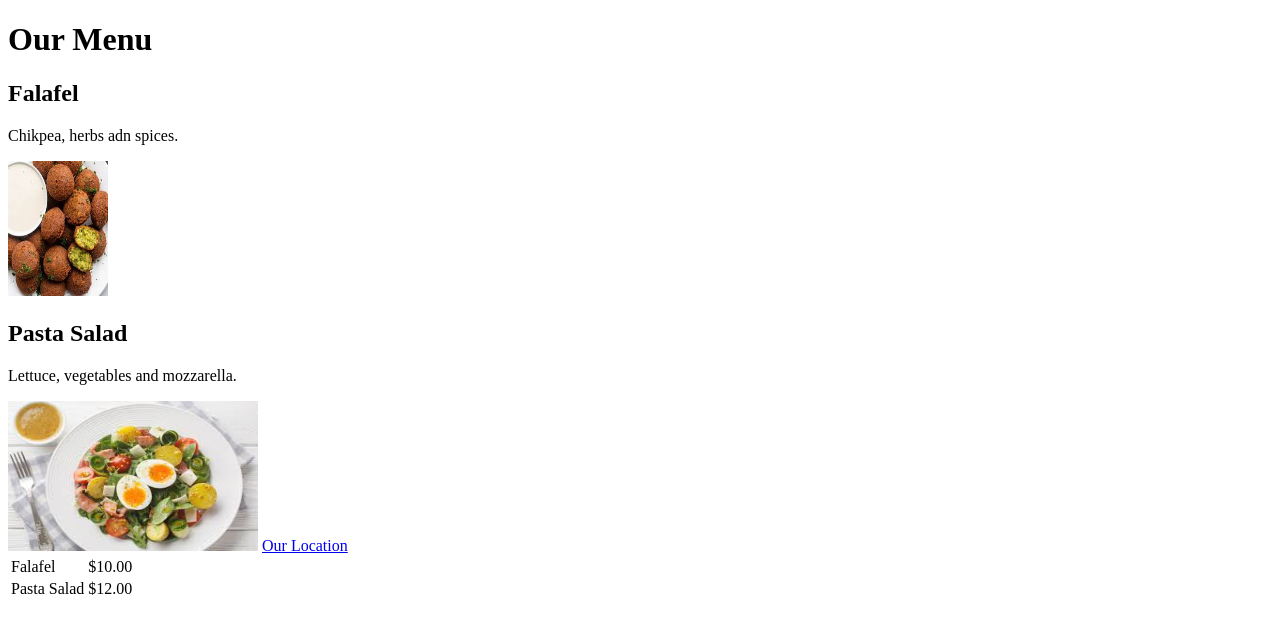
Repository: GiraldoNainggolan/Meta-Coursera
Page: Pengembang Front-End Meta/Modul 2/Mencoba/index.html
An editor plug-in stored every save of this project. The page is shown before and after a run of saves, followed by the edit.
The browser window is 1280 px wide. The pictures show the whole page.

Above is the page before, as saved 2025-01-26 00:11:32.

### Pengembang Front-End Meta/Modul 2/Mencoba/index.html
<!DOCTYPE html>
<html>

<head>
    <title> Title Lemon</title>
</head>

<body>
    <h1>Our Menu</h1>
    <h2>Falafel</h2>
    <p>Chikpea, herbs adn spices.</p>
    <img src="falavel.jpg" alt="gambar" width="100px" height="135">
    <h2>Pasta Salad</h2>
    <p>Lettuce, vegetables and mozzarella.</p>
    <img src="salad.jpg" alt="Salad" width="250" height="150">
    <a href="location.html">Our Location</a>
    <table>
        <tr>
            <td>Falafel</td>
            <td>$10.00</td>
        </tr>
        <tr>
            <td>Pasta Salad</td>
            <td>$12.00</td>
        </tr>
    </table>
</body>

</html>

After the next 2 saves:
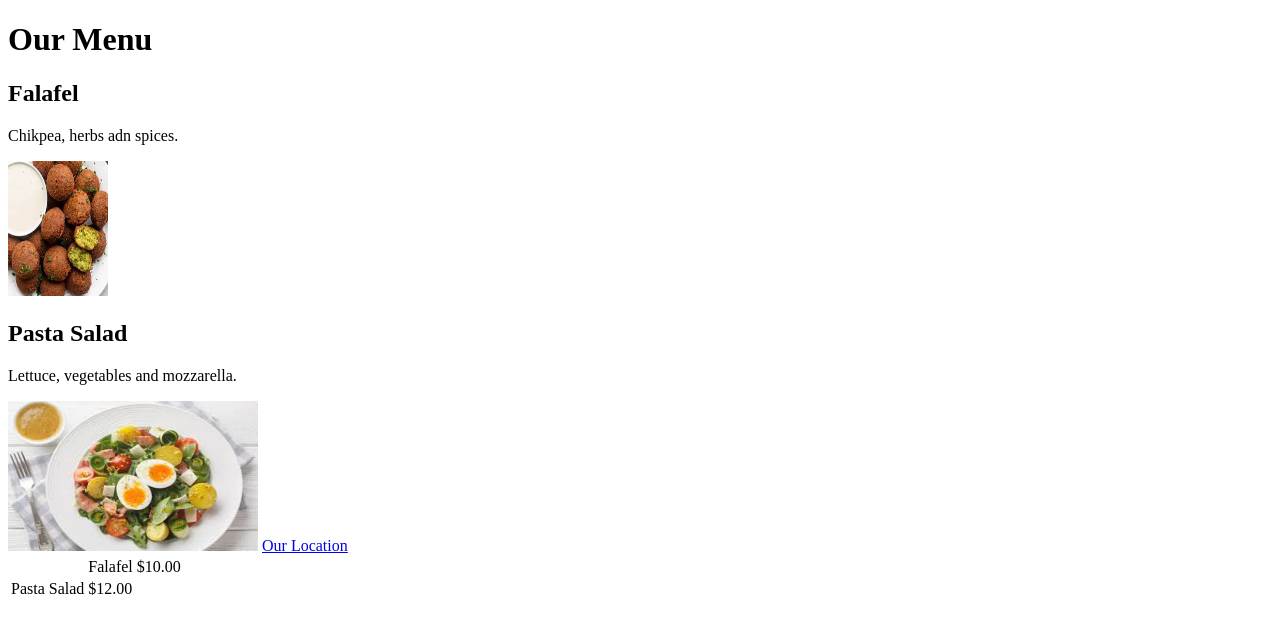
The 2 saves are shown as one change because they came seconds apart.
The last was saved 91 s later.
--- a/Pengembang Front-End Meta/Modul 2/Mencoba/index.html
+++ b/Pengembang Front-End Meta/Modul 2/Mencoba/index.html
@@ -15,7 +15,7 @@
     <img src="salad.jpg" alt="Salad" width="250" height="150">
     <a href="location.html">Our Location</a>
     <table>
-        <tr>
+        <tr><th></th>
             <td>Falafel</td>
             <td>$10.00</td>
         </tr>

After the 2 saves that followed:
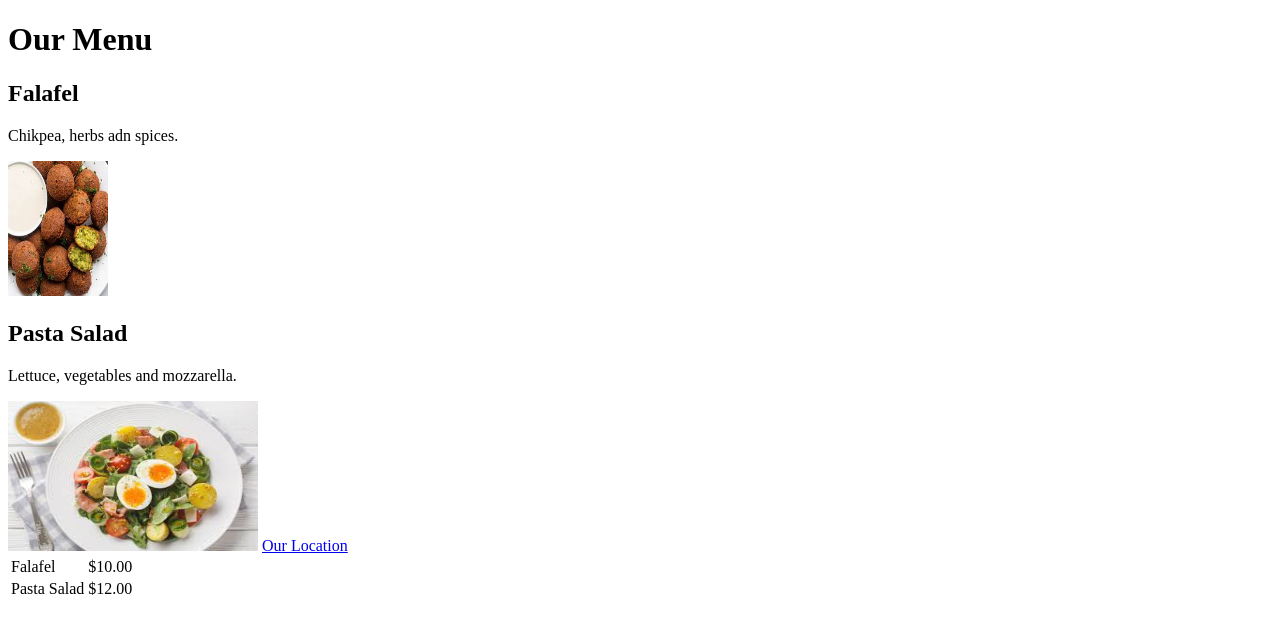
The 2 saves are shown as one change because they came seconds apart.
The last was saved 111 s later.
--- a/Pengembang Front-End Meta/Modul 2/Mencoba/index.html
+++ b/Pengembang Front-End Meta/Modul 2/Mencoba/index.html
@@ -15,7 +15,8 @@
     <img src="salad.jpg" alt="Salad" width="250" height="150">
     <a href="location.html">Our Location</a>
     <table>
-        <tr><th></th>
+
+        <tr>
             <td>Falafel</td>
             <td>$10.00</td>
         </tr>
